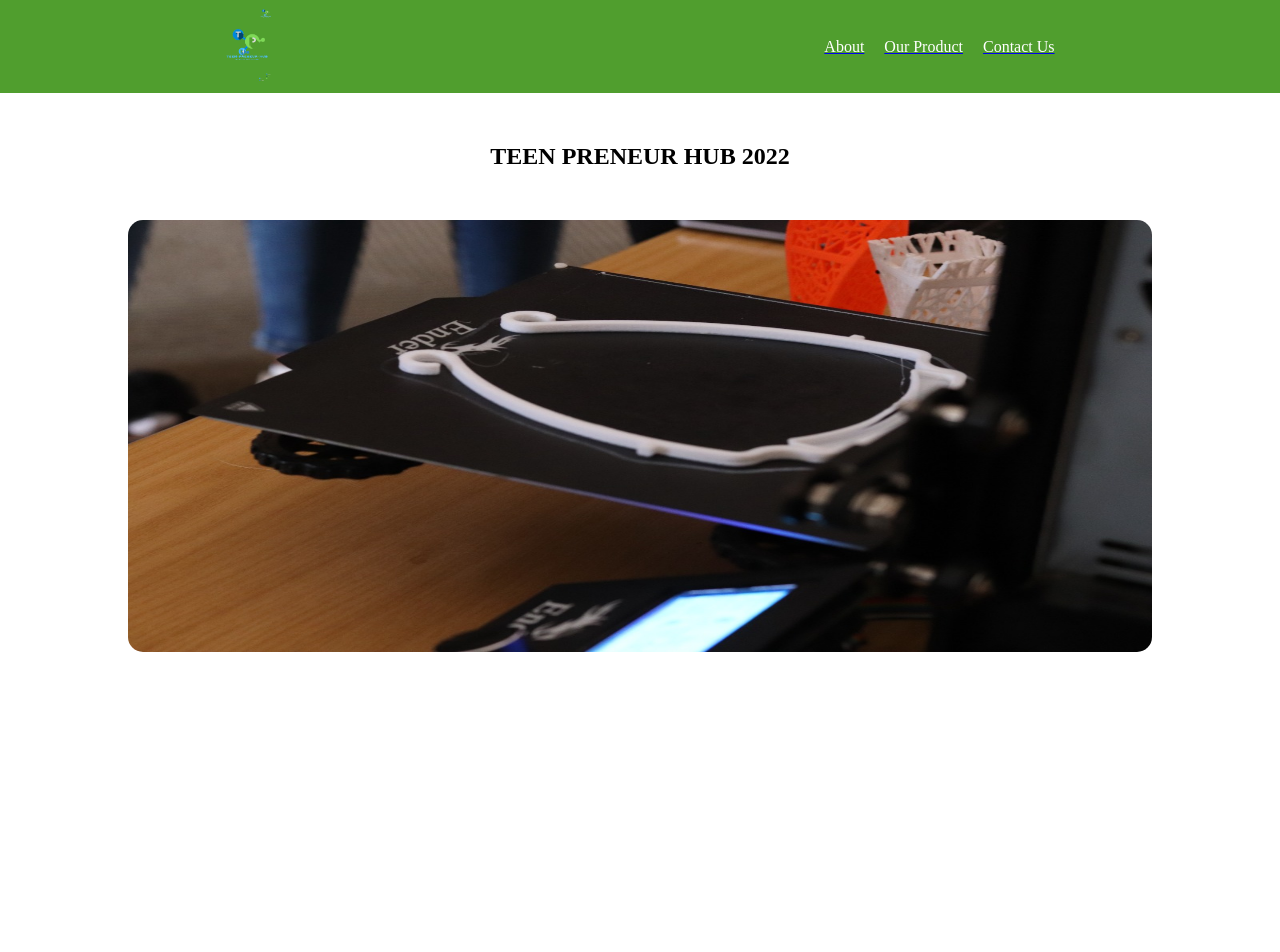
Repository: chadrackkyungu/4-BCT-TPH-Website
Page: index.html
The author's editor kept a copy of each file at every save. The page is drawn from the files as they stood at one save, then again after the next save.
The browser window is 1280 px wide. The pictures show the part of the page from y = 0 to 952 px (the page is 2781 px tall).
A picture or video elsewhere on the page could not be fetched, so the positions and the page height are approximate.

Above is the page before, as saved 2022-10-21 09:16:10.

After the next save:
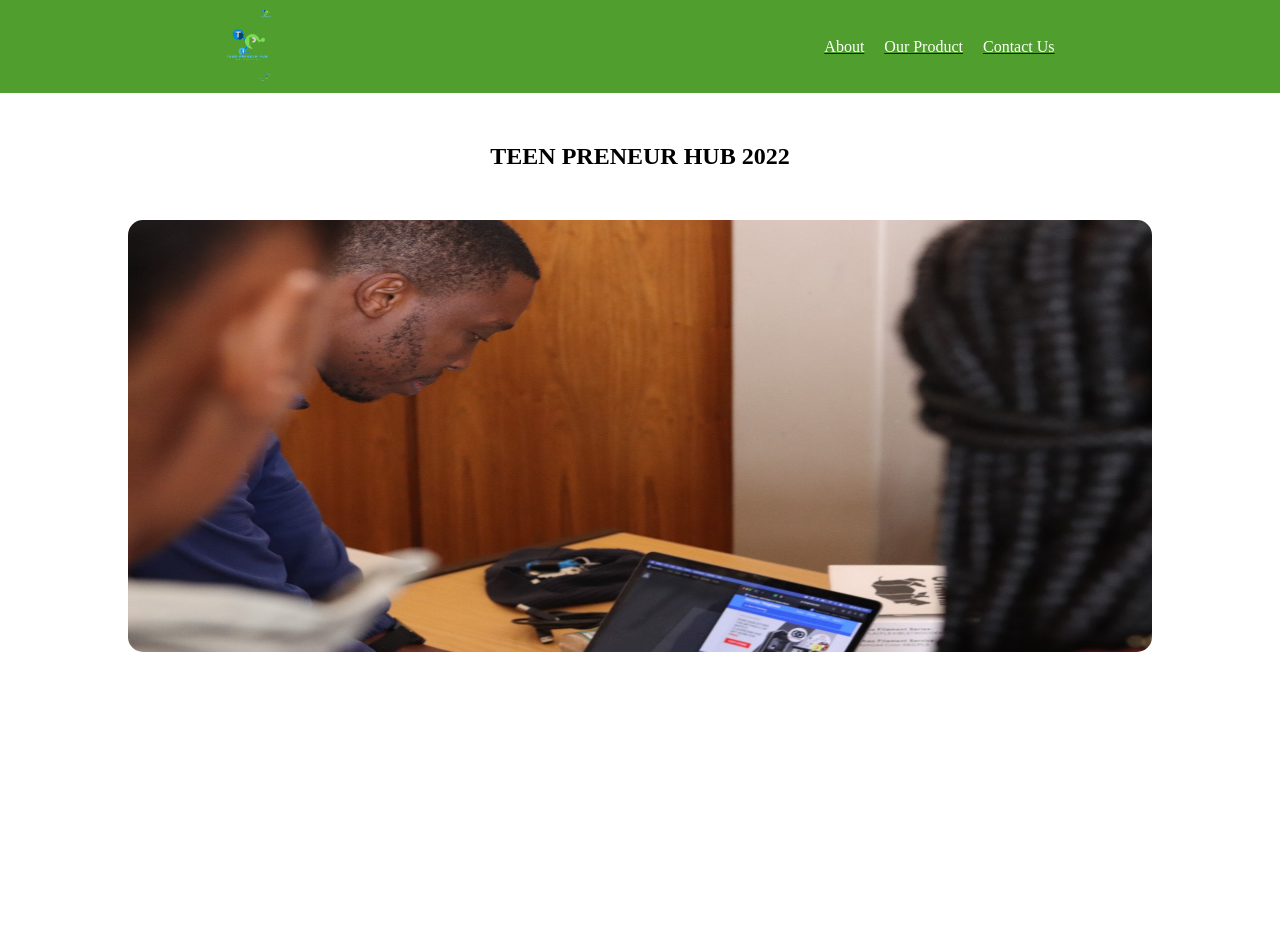
Saved 13 s later.
--- a/index.html
+++ b/index.html
@@ -33,7 +33,7 @@
         <h2 class="title"> TEEN PRENEUR HUB 2022</h2>
 
         <div class="image-container">
-            <img src="./src/images/img-1.jpeg" alt="">
+            <img src="./src/images/img-2.jpeg" alt="">
         </div>
     </div>
 
